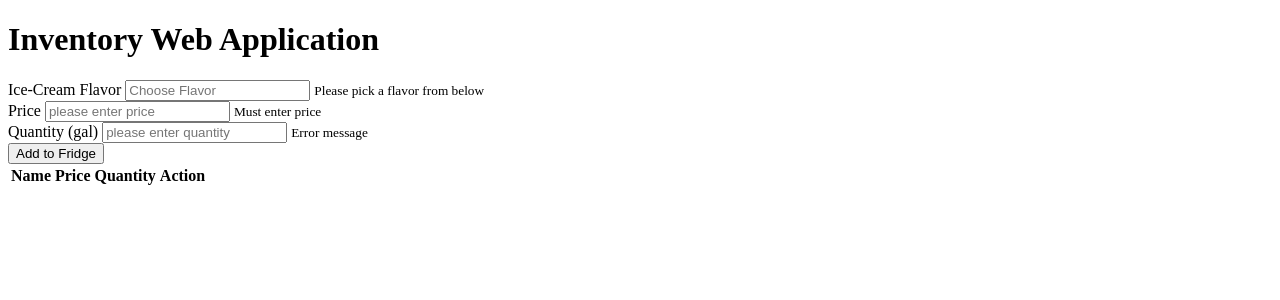
Repository: addisjackson/inventory-web-application
Page: index.html
An editor plug-in stored every save of this project. The page is shown before and after a run of saves, followed by the edit.
The browser window is 1280 px wide. The pictures show the whole page.

Above is the page before, as saved 2023-06-26 21:15:47.

After the next 6 saves:
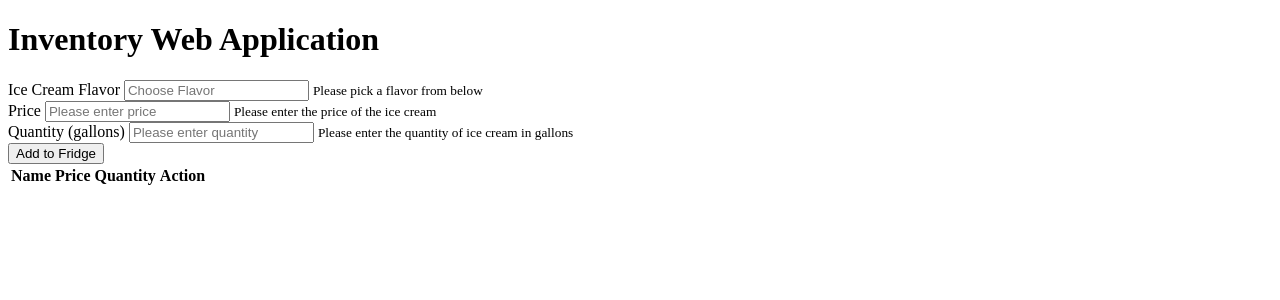
The 6 saves are shown as one change because they came seconds apart.
The last was saved 6 min 24 s later.
--- a/index.html
+++ b/index.html
@@ -18,42 +18,43 @@
             <div class="form">
                 <form id="form">
                     <div class="form-control">
-                        <label for="name">Ice-Cream Flavor</label>
+                        <label for="iceCreamNames">Ice Cream Flavor</label>
                         <input list="ice-cream-flavors" id="iceCreamNames" name="iceCreamNames" placeholder="Choose Flavor" onchange="if (this.value=='10000'){userselect.style.visibility='visible'}else {userselect.style.visibility='hidden'};">
                         <small>Please pick a flavor from below</small>
                         <datalist id="ice-cream-flavors">
-                            <option value = "Vanilla"></option>
-                            <option value = "Chocolate"></option>
-                            <option value = "Strawberry"></option>
-                            <option value = "Cookies and Cream"></option>
-                            <option value = "Cookie Dough"></option>
-                            <option value = "Butter Pecan"></option>
-                            <option value = "Birthday Cake"></option>
-                            <option value = "Rocky Road"></option>
-                            <option value = "Coffee"></option>
-                            <option value = "Pistachio"></option>
-                            <option value = "Chocolate Chip"></option>
-                            <option value = "Chocolate Chip Cookie Dough"></option>
-                            <option value = "Chocolate Peanut Butter"></option>
-                            <option value = "Chocolate Marshmallow"></option>
-                            <option value = "Chocolate Chip Mint"></option>
-                            <option value = "Chocolate Fudge Brownie"></option>
-                            <option value = "10000">Flavor not listed</option>
+                            <option value="Vanilla"></option>
+                            <option value="Chocolate"></option>
+                            <option value="Strawberry"></option>
+                            <option value="Cookies and Cream"></option>
+                            <option value="Cookie Dough"></option>
+                            <option value="Butter Pecan"></option>
+                            <option value="Birthday Cake"></option>
+                            <option value="Rocky Road"></option>
+                            <option value="Coffee"></option>
+                            <option value="Pistachio"></option>
+                            <option value="Chocolate Chip"></option>
+                            <option value="Chocolate Chip Cookie Dough"></option>
+                            <option value="Chocolate Peanut Butter"></option>
+                            <option value="Chocolate Marshmallow"></option>
+                            <option value="Chocolate Chip Mint"></option>
+                            <option value="Chocolate Fudge Brownie"></option>
+                            <option value="10000">Flavor not listed</option>
                         </datalist>
                         <input type="textbox" name="10000" id="input" style="visibility:hidden;">
                     </div>
                     <div class="form-control">
                         <label for="price">Price</label>
-                        <input type="number" id="price" placeholder="please enter price">
-                        <small>Must enter price</small>
+                        <input type="number" id="price" name="price" placeholder="Please enter price" required>
+                        <small>Please enter the price of the ice cream</small>
                     </div>
                     <div class="form-control">
-                        <label for="quantity">Quantity (gal)</label>
-                        <input type="number" id="quantity" placeholder="please enter quantity">
-                        <small>Error message</small>
+                        <label for="quantity">Quantity (gallons)</label>
+                        <input type="number" id="quantity" name="quantity" placeholder="Please enter quantity" required>
+                        <small>Please enter the quantity of ice cream in gallons</small>
                     </div>
                     <button type="submit">Add to Fridge</button>
                 </form>
+
             </div>
             <div class="table">
                 <table id="table">
